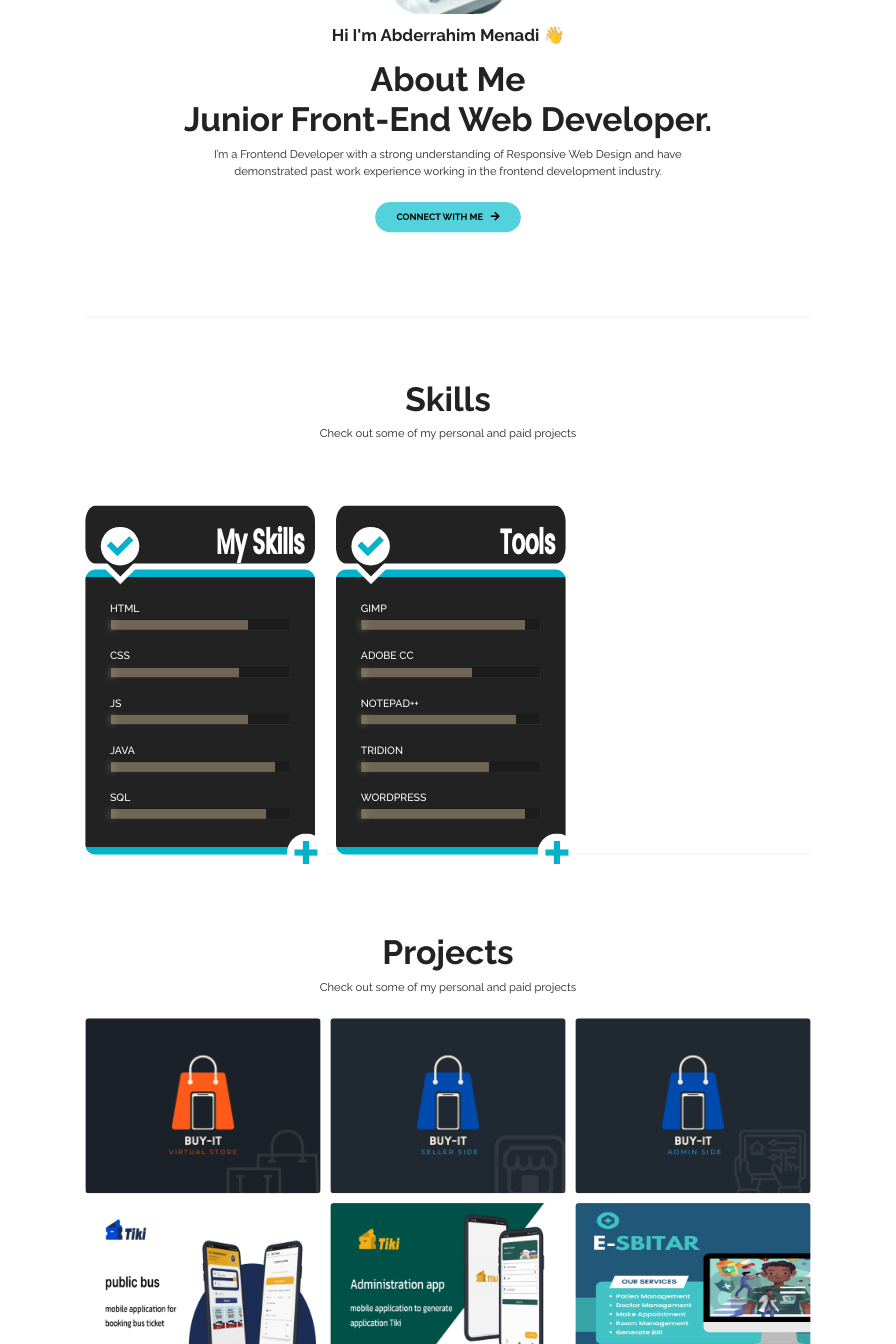
Repository: rahimmenadi/My-Website
Page: index.html
An editor plug-in stored every save of this project. The page is shown before and after a run of saves, followed by the edit.
The browser window is 1280 px wide. The pictures show the part of the page from y = 364 to 2284 px (the page is 2750 px tall), at 70% of full size.

Above is the page before, as saved 2023-06-22 02:36:52.

### index.html
<!DOCTYPE html>
<html lang="en">
  <head>
    <meta charset="UTF-8" />
    <meta http-equiv="X-UA-Compatible" content="IE=edge" />
    <meta name="viewport" content="width=device-width, initial-scale=1.0" />
    <title>Abderrahim website</title>
    <!-- Primary Meta Tags -->


    <!-- Open Graph / Facebook -->

    <!-- Twitter -->


    <!-- Link -->
    <link
      rel="apple-touch-icon"
      sizes="180x180"

    />
    <link
      rel="icon"

    />
    <link
      rel="icon"
    />
    <link
      rel="icon"

    />
    <link
      rel="icon"
      type="image/png"
      sizes="512x512"

    />
    <link rel="icon" type="image/x-icon" style="width: 10px;" href="assets/favicon/favicon.ico" />
    <link rel="manifest" href="assets/favicon/site.webmanifest" />
    <link
      rel="stylesheet"
      href="https://use.fontawesome.com/releases/v5.15.4/css/all.css"
      integrity="sha384-DyZ88mC6Up2uqS4h/KRgHuoeGwBcD4Ng9SiP4dIRy0EXTlnuz47vAwmeGwVChigm"
      crossorigin="anonymous"
    />
    <link rel="stylesheet" href="css/style.css" />
    <link rel="stylesheet" href="css/utilities.css" />
    <link rel="stylesheet" href="css/skills.css">
  </head>
  <body>
    <header id="hero">
      <!-- Navbar -->
      <nav class="navbar">
        <div class="container">
          <!-- Logo -->
          <h1 id="logo">
            <a href="index.html"
              ><img src="./assets/my-logo.png" alt="Your Logo"
            /></a>
          </h1>
          <!-- Navbar links -->
          <ul class="nav-menu">
            <li><a class="nav-link" href="#projects">PROJECTS</a></li>
            <li><a class="nav-link" href="#">CONTACT</a></li>
            <li><a class="nav-link" href="#">BlOG</a></li>
            <li>
              <a
                class="nav-link btn btn-primary"
                href="https://drive.google.com/file/d/1Vr3cuGUzEaZS90SvZUjXhywFSRYMYiCT/view?usp=drive_link"
                >RESUME <i class="fas fa-arrow-right"></i
              ></a>
            </li>

            <!-- Toggle switch -->
            <div class="theme-switch">
              <input type="checkbox" id="switch" />
              <label class="toggle-icons" for="switch">
                <img class="moon" src="assets/moon.svg" />
                <img class="sun" src="assets/sun.svg" />
              </label>
            </div>
            <!-- Hamburger menu -->
          </ul>
          <div class="hamburger">
            <span class="bar"></span>
            <span class="bar"></span>
            <span class="bar"></span>
          </div>
        </div>
      </nav>

      <section class="header-container">
        <img
          class="profile-image"
          src="assets/profile.jpg"
          alt=""
        />
        <h1>Hi I'm Abderrahim Menadi <span class="wave">👋</span></h1>

        <div class="content-text">
          <h2>About Me</h2>
          <h2>Junior Front-End Web Developer.</h2>

          <p>
            I’m a Frontend Developer with a strong understanding of Responsive Web Design
             and have demonstrated past work experience working in the frontend development industry.
          </p>
        </div>
        <a
                class="nav-link btn btn-primary"
                href="https://linktr.ee/abderrahimmeandi"
                >Connect With Me <i class="fas fa-arrow-right"></i
              ></a>





      </section>
    </header>
    <section id="projectsskills" class="project-container container">
      <div class="division"></div>
      <div class="content-text">
        <h2>Skills</h2>
        <p>Check out some of my personal and paid projects</p>
      </div>
 <article class="project">

        <!-- Project 1 -->
        <div class="content">
          <div class="profile-skills">
            <div>
              <input type="checkbox" id="sk1">
              <label for="sk1"></label>
              <ul class="skills skills1">
                <li class="sk-cms"><span>HTML</span></li>
                <li class="sk-dtb"><span>CSS</span></li>
                <li class="sk-dis"><span>JS</span></li>
                <li class="sk-pro"><span>Java</span></li>
                <li class="sk-ani"><span>SQL</span></li>
                <li class="more">
                  <input type="checkbox" id="more-con"><label for="more-con"></label>
                  <div><span>PHOTO</span><span>API</span><span>MAPS</span><span>VIDEO</span><span>CHARTS</span><span>RWD</span></div>
                </li>
              </ul>
            </div>
            <div>
            <input type="checkbox" id="sk2">
            <label for="sk2"></label>
            <ul class="skills skills2">
              <li class="sk-gim"><span>Gimp</span></li>
              <li class="sk-ado"><span>Adobe&nbsp;CC</span></li>
              <li class="sk-not"><span>Notepad++</span></li>
              <li class="sk-tri"><span>Tridion</span></li>
              <li class="sk-wor"><span>Wordpress</span></li>
              <li class="more">
                <input type="checkbox" id="more-pro"><label for="more-pro"></label>
                <div><span>JOOMLA</span><span>DRUPAL</span><span>JIRA</span><span>TRELLO</span><span>FILEZILLA</span><span>GIT</span></div>
              </li>
            </ul>
            </div>

        </div>
      </article>


    </section>

    <!-- Projects -->
    <section id="projects" class="project-container container">
      <div class="division"></div>
      <div class="content-text">
        <h2>Projects</h2>
        <p>Check out some of my personal and paid projects</p>
      </div>

      <article class="project">
        <!-- Project 1 -->
        <div href="" class="card">
          <div class="project-info">
            <div class="project-bio">
              <h3>Buy-it</h3>
              <p>HTML, CSS, SASS, JS, Node-JS</p>
            </div>

            <div class="project-link">
              <a href="https://github.com/rahimmenadi/projectx" target="_blank"><i class="fab fa-github"></i></a>
              <a href="#" target="_blank"><i class="fas fa-globe"></i></a>
            </div>
          </div>
        </div>

        <!-- Project 2 -->
        <div href="" class="card">
          <div class="project-info">
            <div class="project-bio">
              <h3>Buy-it Seller Side</h3>
              <p>HTML, CSS, SASS, JS, Node-JS</p>
            </div>

            <div class="project-link">
              <a href="https://github.com/rahimmenadi/projectx" target="_blank"><i class="fab fa-github"></i></a>
              <a href="#" target="_blank"><i class="fas fa-globe"></i></a>
            </div>
          </div>
        </div>

        <!-- Porject 3 -->
        <div href="" class="card">
          <div class="project-info">
            <div class="project-bio">
              <h3>Buy-it Admin Side</h3>
              <p>HTML, CSS, SASS, JS, Node-JS</p>
            </div>

            <div class="project-link">
              <a href="https://github.com/rahimmenadi/projectx" target="_blank"><i class="fab fa-github"></i></a>
              <a href="#" target="_blank"><i class="fas fa-globe"></i></a>
            </div>
          </div>
        </div>

        <!-- Project 4 -->
        <div href="" class="card">
          <div class="project-info">
            <div class="project-bio">
              <h3>Tiki</h3>
              <p>Java,  Firebase</p>
            </div>

            <div class="project-link">
              <a href="https://github.com/rahimmenadi/Tiki" target="_blank"><i class="fab fa-github"></i></a>
              <a href="https://mega.nz/file/mu5gybiB#gw8IHSz2v9bFG0ZwwQFL_AMZv8WIdCRUhiW0hA_XVq8" target="_blank"><i class="fas fa-globe"></i></a>
            </div>
          </div>
        </div>

        <!-- Project 5 -->
        <div href="" class="card">
          <div class="project-info">
            <div class="project-bio">
              <h3>Tiki Admin</h3>
              <p>Java,  Firebase</p>
            </div>

            <div class="project-link">
              <a href="https://github.com/rahimmenadi/Tiki" target="_blank"><i class="fab fa-github"></i></a>
              <a href="https://mega.nz/file/K7xAAYyK#4BQzPwOJpC8L00cKX2bVBURrUfcqUJ3T-dvLVdOQe9E" target="_blank"><i class="fas fa-globe"></i></a>
            </div>
          </div>
        </div>

        <!-- Project 6 -->
        <div href="" class="card">
          <div class="project-info">
            <div class="project-bio">
              <h3>E-sbitar</h3>
              <p>JavaFX, CSS, SQL</p>
            </div>

            <div class="project-link">
              <a href="https://github.com/rahimmenadi/E-SBITAR" target="_blank"><i class="fab fa-github"></i></a>
              <a href="https://drive.google.com/drive/folders/1nvo8g8NKInz3Hvw1Pheuo8E3XhV_Ej0T?usp=drive_link" target="_blank"><i class="fas fa-globe"></i></a>
            </div>
          </div>
        </div>
      </article>

      <a href="https://github.com/rahimmenadi" class="btn btn-secondary"
        target="_blank" >See More <i class="fas fa-arrow-right"></i
      ></a>
    </section>

    <footer id="footer">
      <div class="container">
        <a href="mailto:a.menadi@esi-sba.dz">a.menadi@esi-sba.dz</a>
        <!-- Social links -->
        <div class="social">

          <a href="https://www.linkedin.com/in/abderrahim-menadi/" target="_blank"
            ><img src="./assets/linkedin-icon.svg" alt="Linkedin"
          /></a>
          <a href="https://github.com/rahimmenadi" target="_blank"><img src="./assets/github-icon.svg" alt="GitHub" /></a>

        </div>
        <!-- Attribution -->
        <div class="attribution">

            <img
              src="/assets/my-logo.png"
              alt="attribution"
              width="80px"

            />

        </div>
        <p>Copyright &copy; Abderrahim-Menadi <span id="datee"></span>, All rights reserved</p>
      </div>
    </footer>
    <script src="js/script.js"></script>
  </body>
</html>

### css/skills.css
/*** IN PROGRESS ***/

@import url("https://fonts.googleapis.com/css2?family=Roboto:wght@300;400;500&display=swap");
@import url('https://fonts.googleapis.com/css2?family=Poppins:ital,wght@0,500;1,200;1,300&display=swap');
:root {
	--c1: #00B2CA;
	--b2: #222;
	--b3: #FFE3B3;
	--w1: #fff;
	--w2: #fff;
	--t1: all 0.5s ease 0s;
}



.content {
	box-sizing: border-box;
position: relative;
align-items: center;
}

.content :before,
.content :after {
	box-sizing: border-box;
	content: "";
}

.content {
	width: 80vw;
	height: 56vh;
	background: #fff0;
    position: relative;
align-items: center;
}

.profile-skills {
	display: flex;
	top: 150px;
	position: relative;
	width: 100%;
	align-items: flex-start;
}

.profile-skills > div {
	width: 32%;
	margin-right: 3%;
	border-radius: 2px;
	position: relative;
}

ul.skills {
	width: 100%;
	position: relative;
	padding: 25px 35px;
	background: linear-gradient(0deg, var(--c1) 0 10px,	var(--b2) 0 calc(100% - 10px), var(--c1) 0 100%);
    border-radius: 14px;
}

ul.skills2 {
	--c1: #00B2CA;
}

ul.skills3 {
	--c1: #00B2CA;
}

ul.skills:before {
	content: "My Skills";

	position: absolute;
	top: -75px;
	height: 50px;
	color: var(--w1);
	background-color: var(--b2);
	width: 100%;
	left: 0;
	padding: 15px 15px 0 0;
	text-align: end;
	font-weight: 600;
    font-family:Poppins ;
	z-index: 1;
	transition: var(--t1);
	font-size: 30px;
	line-height: 35px;
	transform: scaleY(1.65);
    border-radius: 14px;
}

ul.skills2:before {
	content: "Tools";
}

ul.skills3:before {
	content: "Codes";
}

ul.skills:after {
	content: "";
	position: absolute;
	border: 40px solid #fff0;
	border-top-color: var(--b2);
	top: -30px;
	left: 10px;
	z-index: 0;
	transition: var(--t1);
	filter: drop-shadow(0 11px 0.1px var(--w1));
}

ul.skills:hover:before,
label:hover + ul.skills:before,
input:checked + label + ul.skills:before {
	transition: var(--t1);
	background-color: #00B2CA;
	background-position: 0 50%;
}
ul.skills:hover:after,
label:hover + ul.skills:after,
input:checked + label + ul.skills:after {
	top: -20px;
	transition: var(--t1);
	border-top-color: #00B2CA;
}

ul.skills2:hover:before,
label:hover + ul.skills2:before,
input:checked + label + ul.skills2:before {
	background-color: #00B2CA;
}
ul.skills2:hover:after,
label:hover + ul.skills2:after,
input:checked + label + ul.skills2:after {
border-top-color:#00B2CA    ;
}

ul.skills3:hover:before,
label:hover + ul.skills3:before,
input:checked + label + ul.skills3:before {
	background-color: #00B2CA;
}
ul.skills3:hover:after,
label:hover + ul.skills3:after,
input:checked + label + ul.skills3:after {
	border-top-color: #00B2CA;
}

ul.skills li {
	--per: 50;
	--dur: calc(calc(var(--per) / 100) * 1.5s);
	margin: 0 0 5px 0;
	list-style: none;
	padding: 20px 0;
	position: relative;
	text-transform: uppercase;
	font-size: 15px;
	color: var(--w2);
}

ul.skills li:before {
	content: "";
	position: absolute;
	background: #1c1c1c;
	height: 16px;
	width: 100%;
	left: 0;
	bottom: 0;
	border-radius: 2px;
	border: 1px solid #111;
	border-color: #111 #323232 #323232 #111;
	--track: #ffe3b359;
	background: linear-gradient(
		90deg,
		var(--track) calc(calc(var(--per) * 1%) + 4px),
		#1c1c1c calc(calc(var(--per) * 1%) + 4px)
	);
}

ul.skills2 li:before {
	--track: #ffe3b359;
}

ul.skills3 li:before {
	--track: #ffe3b359;
}

ul.skills li:after {
	content: "";
	height: 11px;
	margin: 0 0 2px 0;
	background: #FFE3B3;
	position: absolute;
	box-shadow: 0px 0px 10px 1px #FFE3B3;
	left: 3px;
	width: 0%;
	bottom: 0;
	transition: all var(--dur) ease 0s;
	animation: start 1s ease 0s 2 alternate;
}

ul.skills2 li:after {
	background: #FFE3B3;
	box-shadow: 0px 0px 10px 1px #FFE3B3;
}

ul.skills3 li:after {
	background: #FFE3B3;
	box-shadow: 0px 0px 10px 1px #FFE3B3;
}

ul.skills li:hover {
	filter: brightness(1.5);
	transition: var(--t1);
}

ul.skills:hover li:after,
label:hover + ul.skills li:after,
input:checked + label + ul.skills li:after {
	width: calc(calc(var(--per) * 1%) - 2px);
}

@keyframes start {
	100% {
		width: calc(calc(var(--per) * 1%) - 2px);
	}
}

ul.skills2 li:after {
	animation-delay: 0.5s;
}
ul.skills3 li:after {
	animation-delay: 1s;
}

ul.skills li span {
	font-weight: 500;
}

ul.skills li span:before {
	position: absolute;
	right: -25px;
	top: 43px;
	transition: var(--t1);
	content: "";
	opacity: 1;
	border: 7px solid #fff0;
}

ul.skills li:hover span:before,
.profile-skills input:checked + label + ul.skills li span:before {
	transition: var(--t1);
	right: calc(calc(calc(100 - var(--per)) * 1%) - 12px);
	opacity: 1;
	border-right-color: #00B2CA;
}

ul.skills2 li:hover span:before,
.profile-skills input:checked + label + ul.skills2 li span:before {
	border-right-color: #00B2CA;
}

ul.skills3 li:hover span:before,
.profile-skills input:checked + label + ul.skills3 li span:before {
	border-right-color: #00B2CA;
}

ul.skills li span:after {
	position: absolute;
	right: -40px;
	top: 38px;
	transition: var(--t1);
	counter-reset: percent var(--per);
	/*content: counter(percent) "%";*/
	content: counter(percent);
	color: var(--b2);
	opacity: 1 !important;
	padding: 4px 6px;
	border-radius: 1px;
	font-weight: bold;
	pointer-events: none;
}

ul.skills li:hover span:after,
.profile-skills input:checked + label + ul.skills li span:after {
	transition: var(--t1);
	right: calc(calc(85 - var(--per)) * 1%);
	right: calc(calc(calc(100 - var(--per)) * 1%) - 40px);
	opacity: 1;
	background: var(--c1);
}

ul.skills2 li:hover span:after {
	background: #00B2CA;
}

ul.skills3 li:hover span:after {
	background: #00B2CA;
}

/*********************/
/*** SKILLS VALUES ***/
/*********************/

ul.skills li.sk-ani { --per: 85; }
ul.skills li.sk-cms { --per: 75; }
ul.skills li.sk-dis { --per: 75; }
ul.skills li.sk-dtb { --per: 70; }
ul.skills li.sk-pro { --per:90; }


ul.skills li.sk-gim { --per: 90; }
ul.skills li.sk-ado { --per: 60; }
ul.skills li.sk-not { --per: 85; }
ul.skills li.sk-tri { --per: 70; }
ul.skills li.sk-wor { --per: 90; }
ul.skills li.sk-tre { --per: 65; }

ul.skills li.sk-css { --per: 95; }
ul.skills li.sk-htm { --per: 90; }
ul.skills li.sk-jav { --per: 70; }
ul.skills li.sk-php { --per: 80; }
ul.skills li.sk-sql { --per: 65; }
ul.skills li.sk-pug { --per: 40; }

/*********************/
/***** TOP LABELS ****/
/*********************/

.profile-skills input {
	display: none;
}

.profile-skills label {
	background: var(--w1);
	position: absolute;
	top: -61px;
	left: 22px;
	z-index: 2;
	width: 55px;
	height: 55px;
	border-radius: 100%;
	cursor: pointer;
	transition: var(--t1);
	box-shadow: 0 0 0 0 var(--w1);
}

.profile-skills label:before {
	content: "";
	background: #fff0;
	position: absolute;
	top: 12px;
	left: 11px;
	z-index: 2;
	border: 9px solid var(--b2);
	border-top-width: 0;
	border-right-width: 0;
	transform: rotate(-45deg);
	width: 33px;
	height: 22px;
	border-radius: 2px;
	transition: var(--t1);
}

.profile-skills label:hover {
	box-shadow: 0 0 0 3px var(--w1);
	transition: var(--t1);
}

.profile-skills label:hover:before {
	border-color: var(--b2);
	transition: var(--t1);
}

.profile-skills input:checked + label {
	box-shadow: 0 0 0 6px var(--w1);
	transition: var(--t1);
}

.profile-skills input:checked + label:before {
	border-color: #00B2CA;
}

.profile-skills input#sk2:checked + label:before {
	border-color: #00B2CA;
}

.profile-skills input#sk3:checked + label:before {
	border-color: #00B2CA;
}

label[for="sk1"] {
	/*left: -10px;*/
}
label[for="sk2"] {
	/*left: calc(34% - 6px);*/
}


label[for="sk1"]:before {
	border-color: #00B2CA;
}
label[for="sk2"]:before {
	border-color: #00B2CA;
}
label[for="sk3"]:before {
	border-color: #00B2CA;
}

/*********************/
/*** BOTTOM LABELS ***/
/*********************/

ul.skills li.more {
	padding: 0;
	margin-bottom: 20px;
}

ul.skills li.more:before,
ul.skills li.more:after {
	display: none;
}

ul.skills li.more:hover {
	filter: none !important;
}

ul.skills li.more div {
	max-height: 0;
	transition: var(--t1);
	overflow: hidden;
	padding: 0;
	width: 100%;
}
ul.skills li.more input:checked ~ div {
	max-height: 150px;
	transition: var(--t1);
	padding: 20px 0 0;
}

ul.skills li.more div span:before,
ul.skills li.more div span:after {
	display: none;
}

ul.skills li.more label {
	background: linear-gradient(163deg, var(--b2) 50%, var(--w1) 50%);
	right: 0;
	left: inherit;
	top: inherit;
	bottom: -70px;
	color: var(--b2);
	background-size: 100% 300%;
	background-position-y: 100%;
	transition: var(--t1);
	width: 55px;
	height: 55px;
	right: -50px;
}

ul.skills li.more label:before {
	border: 0;
	height: 100%;
	width: 100%;
	transform: rotate(0deg);
	content: "+";
	content: "\271A";
	font-size: 45px;
	line-height: 55px;
	left: 0;
	top: 0;
	text-align: center;
	color: var(--c1);
}

ul.skills li.more label:hover {
	background-position-y: 0%;
	color: var(--w1) !important;
	transition: var(--t1);
	box-shadow: 0 0 0 10px var(--w1);
}

ul.skills li.more span {
	background: #1c1c1c;
	border-radius: 1px;
	margin: 10px 10px 1px 1px;
	padding: 4px 8px;
	display: inline-block;
	border: 1px solid #111;
	border-color: #111 #323232 #323232 #111;
}

ul.skills li.more span:hover {
	color: var(--w0);
	background: var(--c1);
	box-shadow: 0px 0px 5px 1px var(--c1);
	border-color: #fff2;
}

ul.skills li.more input:checked + label {
	box-shadow: 0 0 0 9px var(--w1);
	background-position-y: 0%;
	color: var(--w0);
	bottom: -70px;
}

ul.skills li.more input:checked + label:before {
	content: "\2759";
	transform: rotate(90deg);
	font-weight: 600;
}

ul.skills li.more input:checked + label:hover {
	box-shadow: 0 0 0 0 var(--w1);
	background-position-y: 100%;
	color: var(--b2) !important;
}

/*********************/
/*** MEDIA QUERIES ***/
/*********************/

@media only screen and (max-width: 1024px) {
	.content { height: 60vh; }
	.profile-skills {
		flex-direction: row;
    flex-wrap: wrap;
		top: 20px;
	}
	.profile-skills > div {
		width: 47% !important;
	}
	.profile-skills > div:nth-child(3) {
		width: 98% !important;
		margin-top: 120px;
	}
}



@media only screen and (max-width: 768px) {
	.content { height: 60vh; }
	.profile-skills {
		flex-direction:column;
    flex-wrap: wrap;
		top: 100px;
	}
	.profile-skills > div {
		width: 98% !important;
	}
	.profile-skills > div:nth-child(2),
	.profile-skills > div:nth-child(3) {
		margin-top: 120px;
	}
	ul.skills li:after {
		width: calc(calc(var(--per) * 1%) - 2px);
	}
	ul.skills li span:before {
		transition: var(--t1);
		right: calc(calc(96.5 - var(--per)) * 1%);
		opacity: 1;
		border-right-color: #00B2CA;
	}
	ul.skills2 li span:before {
		border-right-color: #00B2CA;
	}
	ul.skills3 li span:before {
		border-right-color: #00B2CA;
	}
	ul.skills li span:after {
		transition: var(--t1);
		right: calc(calc(calc(100 - var(--per)) * 1%) - 40px);
		opacity: 1;
		background: var(--c1);
	}
}

Loaded but not shown: js/script.js (67 lines, source omitted); css/style.css (371 lines, source omitted); css/utilities.css (182 lines, source omitted)

After the next 2 saves:
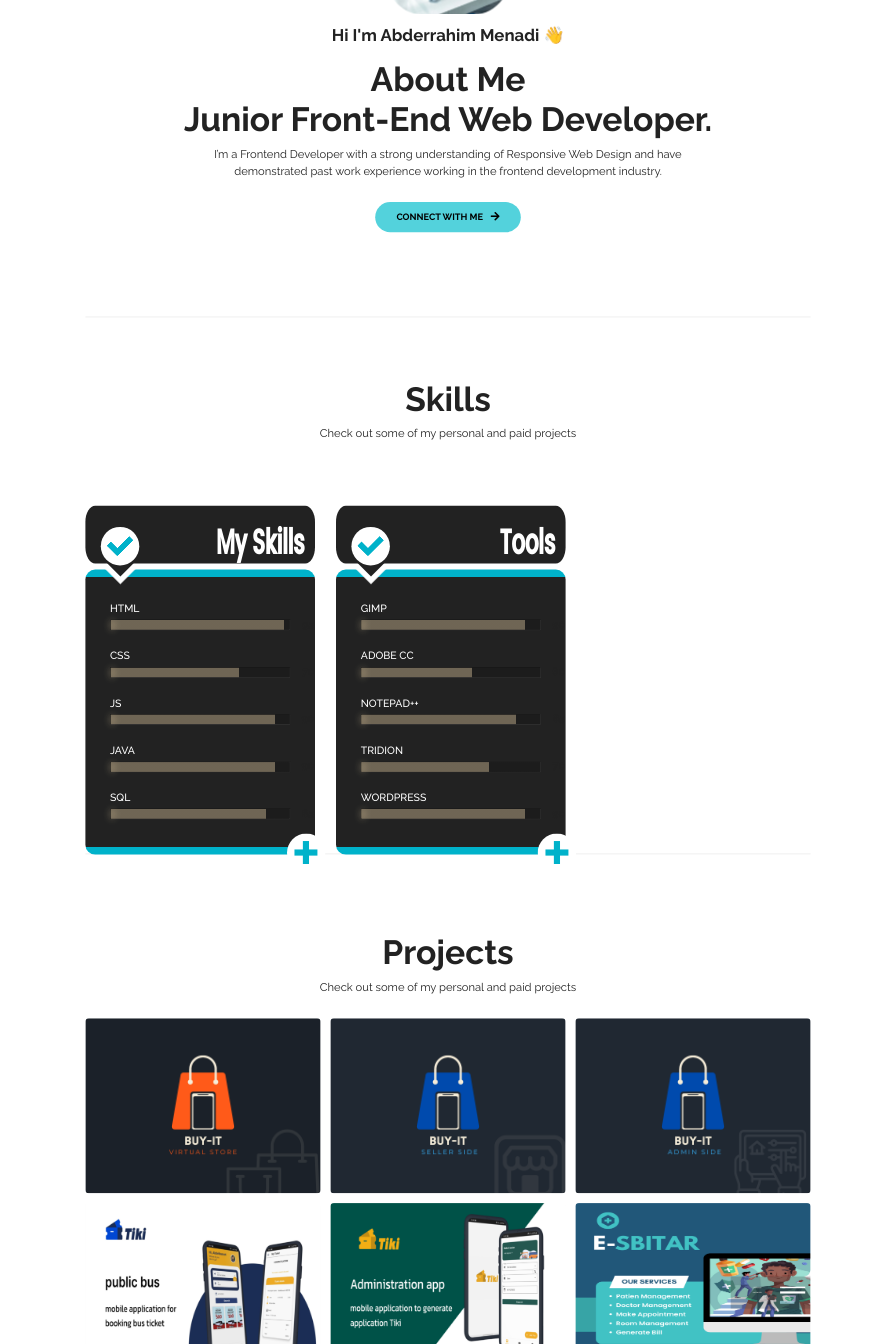
The 2 saves are shown as one change because they came seconds apart.
The last was saved 67 s later.
--- a/css/skills.css
+++ b/css/skills.css
@@ -300,8 +300,8 @@
 /*********************/
 
 ul.skills li.sk-ani { --per: 85; }
-ul.skills li.sk-cms { --per: 75; }
-ul.skills li.sk-dis { --per: 75; }
+ul.skills li.sk-cms { --per: 95; }
+ul.skills li.sk-dis { --per: 90; }
 ul.skills li.sk-dtb { --per: 70; }
 ul.skills li.sk-pro { --per:90; }
 
